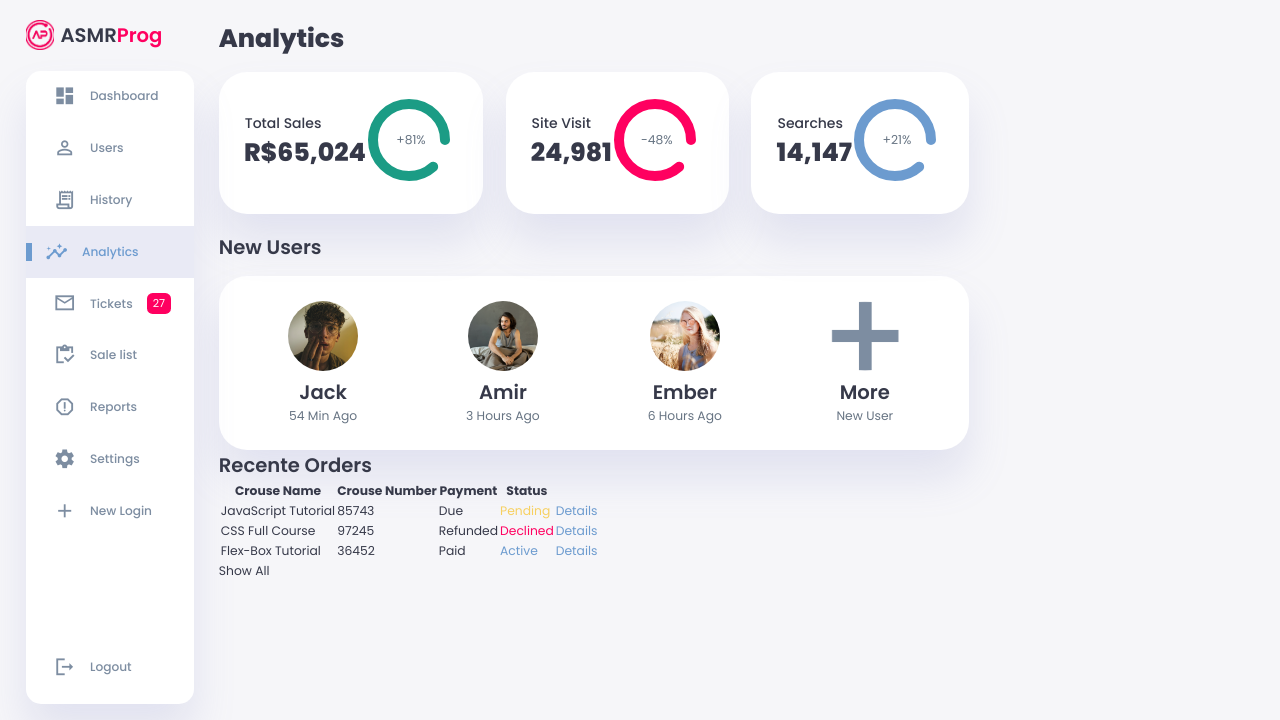
Repository: pheonix5/ProjetosRN-linux
Page: DashBoard/index.html
The author's editor kept a copy of each file at every save. The page is drawn from the files as they stood at one save, then again after the next save.
The browser window is 1280 px wide. The pictures show the whole page.

Above is the page before, as saved 2023-08-06 02:29:42.

### DashBoard/index.html
<!DOCTYPE html>
<html lang="pt-br">

<head>
  <meta charset="UTF-8">
  <meta name="viewport" content="width=device-width, initial-scale=1.0">
  <link href="https://fonts.googleapis.com/icon?family=Material+Icons+Sharp" rel="stylesheet">
  <link rel="stylesheet" href="style.css">
  <title>Responsive Dashboard Design #1</title>
</head>

<body>

  <div class="container">
    <!-- Siderbar Section -->
    <aside>
      <div class="toggle">
        <div class="logo">
          <img src="images/logo.png">
          <h2>ASMR<span class="danger">Prog</span></h2>
        </div>
        <div class="close" id="close-btn">
          <span class="material-icons-sharp">
            close
          </span>
        </div>
      </div>

      <div class="sidebar">
        <a href="#">
          <span class="material-icons-sharp">
            dashboard
          </span>
          <h3>Dashboard</h3>
        </a>
        <a href="#">
          <span class="material-icons-sharp">
            person_outline
          </span>
          <h3>Users</h3>
        </a>
        <a href="#">
          <span class="material-icons-sharp">
            receipt_long
          </span>
          <h3>History</h3>
        </a>
        <a href="#" class="active">
          <span class="material-icons-sharp">
            insights
          </span>
          <h3>Analytics</h3>
        </a>
        <a href="#">
          <span class="material-icons-sharp">
            mail_outline
          </span>
          <h3>Tickets</h3>
          <span class="message_count">27</span>
        </a>
        <a href="#">
          <span class="material-icons-sharp">
            inventory
          </span>
          <h3>Sale list</h3>
        </a>
        <a href="#">
          <span class="material-icons-sharp">
            report_gmailerrorred
          </span>
          <h3>Reports</h3>
        </a>
        <a href="#">
          <span class="material-icons-sharp">
            settings
          </span>
          <h3>Settings</h3>
        </a>
        <a href="#">
          <span class="material-icons-sharp">
            add
          </span>
          <h3>New Login</h3>
        </a>
        <a href="#">
          <span class="material-icons-sharp">
            logout
          </span>
          <h3>Logout</h3>
        </a>
      </div>
    </aside>
    <!-- Fim da Seção do Sidebar-->

    <!-- Main Content-->
    <main>
      <h1>Analytics</h1>
      <!-- Analyses -->
      <div class="analyse">
        <div class="sales">
          <div class="status">
            <div class="info">
              <h3>Total Sales</h3>
              <h1>R$65,024</h1>
            </div>
            <div class="progresss">
              <svg>
                <circle cx="38" cy="38" r="36"></circle>
              </svg>
              <div class="percentage">
                <p>+81%</p>
              </div>
            </div>
          </div>
        </div>

        <div class="visits">
          <div class="status">
            <div class="info">
              <h3>Site Visit</h3>
              <h1>24,981</h1>
            </div>
            <div class="progresss">
              <svg>
                <circle cx="38" cy="38" r="36"></circle>
              </svg>
              <div class="percentage">
                <p>-48%</p>
              </div>
            </div>
          </div>
        </div>

        <div class="searches">
          <div class="status">
            <div class="info">
              <h3>Searches</h3>
              <h1>14,147</h1>
            </div>
            <div class="progresss">
              <svg>
                <circle cx="38" cy="38" r="36"></circle>
              </svg>
              <div class="percentage">
                <p>+21%</p>
              </div>
            </div>
          </div>
        </div>
      </div>
      <!-- End Of Analyses -->

      <!--  New Users Section -->
      <div class="new-users">
        <h2>New Users</h2>
        <div class="user-list">
          <div class="user">
            <img src="images/profile-2.jpg">
            <h2>Jack</h2>
            <p>54 Min Ago</p>
          </div>
          <div class="user">
            <img src="images/profile-3.jpg">
            <h2>Amir</h2>
            <p>3 Hours Ago</p>
          </div>
          <div class="user">
            <img src="images/profile-4.jpg">
            <h2>Ember</h2>
            <p>6 Hours Ago</p>
          </div>
          <div class="user">
            <img src="images/plus.png">
            <h2>More</h2>
            <p>New User</p>
          </div>
        </div>
      </div>
      <!-- End of New Users Section -->


      <!-- Recente Orders Table -->
      <div class="recent-orders">
        <h2>Recente Orders</h2>
        <table>
          <thead>
            <tr>
              <th>Crouse Name</th>
              <th>Crouse Number</th>
              <th>Payment</th>
              <th>Status</th>
              <th></th>
            </tr>
          </thead>
          <tbody>

          </tbody>
        </table>
        <a href="#">Show All</a>
      </div>
      <!-- End of Recent Orders -->

    </main>


  </div>

  <script src="orders.js"></script>
  <script src="index.js"></script>
</body>

</html>

### DashBoard/style.css
@import url('https://fonts.googleapis.com/css2?family=Barlow:ital,wght@0,100;0,200;0,300;0,400;0,500;0,600;0,700;0,800;0,900;1,100;1,200;1,300;1,400;1,500;1,600;1,700;1,800;1,900&family=Poppins:wght@300;400;500;600;700;800&display=swap');

:root{
  --color-primary: #6C9BCF;
    --color-danger: #FF0060;
    --color-success: #1B9C85;
    --color-warning: #F7D060;
    --color-white: #fff;
    --color-info-dark: #7d8da1;
    --color-dark: #363949;
    --color-light: rgba(132, 139, 200, 0.18);
    --color-dark-variant: #677483;
    --color-background: #f6f6f9;

    --card-border-radius: 2rem;
    --border-radius-1: 0.4rem;
    --border-radius-2: 1.2rem;

    --card-padding: 1.8rem;
    --padding-1: 1.2rem;

    --box-shadow: 0 2rem 3rem var(--color-light);
}

.dark-mode-variables{
  --color-background: #181a1e;
    --color-white: #202528;
    --color-dark: #edeffd;
    --color-dark-variant: #a3bdcc;
    --color-light: rgba(0, 0, 0, 0.4);
    --box-shadow: 0 2rem 3rem var(--color-light);
}

*{
  margin: 0;
  padding: 0;
  outline: 0;
  appearance: 0;
  border: 0;
  text-decoration: none;
  box-sizing: border-box;
}

html{
  font-size: 14px;
}

body{
  width: 100vw;
  height: 100vh;
  font-family: 'Poppins', sans-serif;
  font-size: 0.88rem;
  user-select: none;
  overflow-x: hidden;
  color: var(--color-dark);
  background-color: var(--color-background);
}

a{
  color: var(--color-dark);
}

img{
  display: block;
  width: 100%;
  object-fit: cover;
}

h1{
  font-weight: 800;
  font-size: 1.8rem;
}

h2{
  font-weight: 600;
  font-size: 1.4rem;
}

h3{
  font-weight: 500;
  font-size: 0.87rem;
}

small{
  font-size: 0.76rem;
}

p{
  color: var(--color-dark-variant);
}

b{
  color: var(--color-dark);
}

.text-muted{
  color: var(--color-info-dark);
}

.primary{
  color: var(--color-primary);
}

.danger{
  color: var(--color-danger);
}

.sucess{
  color: var(--color-success);
}

.warning{
  color: var(--color-warning);
}

.container{
  display: grid;
  width: 96%;
  margin: 0 auto;
  gap: 1.8rem;
  grid-template-columns: 12rem auto 23rem;
}

aside{
  height: 100vh;
}

aside .toggle{
  display: flex;
  align-items: center;
  justify-content: space-between;
  margin-top: 1.4rem;
}

aside .toggle .logo{
  display: flex;
  gap: 0.5rem;
}

aside .toggle .logo img{
  width: 2rem;
  width: 2rem;
}

aside .toggle .close{
  padding-right: 1rem;
  display: none;
}

aside .sidebar{
  display: flex;
  flex-direction: column;
  background-color: var(--color-white);
  box-shadow: var(--box-shadow);
  border-radius: 15px;
  height: 88vh;
  position: relative;
  top: 1.5rem;
  transition: all 0.3s ease;
}

aside .sidebar:hover{
  box-shadow: none;
}

aside .sidebar a{
  display: flex;
  align-items: center;
  color:  var(--color-info-dark);
  height: 3.7rem;
  gap: 1rem;
  position: relative;
  margin-left: 2rem;
  transition: all 0.3s ease;
}

aside .sidebar a span{
  font-size: 1.6rem;
  transition: all 0.3s ease;
}

aside .sidebar a:last-child{
  position: absolute;
  bottom: 0.8rem;
  width: 100%;
}

aside .sidebar a.active{
  width: 100%;
  color: var(--color-primary);
  background-color: var(--color-light);
  margin-left: 0;
}

aside .sidebar a.active::before{
  content: '';
  width: 6px;
  height: 18px;
  background-color: var(--color-primary);
}

aside .sidebar a.active span{
  color: var(--color-primary);
  margin-left: calc(1rem -3px);
}

aside .sidebar a:hover{
  color: var(--color-primary);
}

aside .sidebar a:hover span{
  margin-left: 0.6rem;
}

aside .sidebar .message_count{
  background-color: var(--color-danger);
  padding: 2px 6px;
  color: var(--color-white);
  font-size: 11px;
  border-radius: var(--border-radius-1);
}

main{
  margin-top: 1.4rem;
}

main .analyse{
  display: grid;
  grid-template-columns: repeat(3, 1fr);
  gap: 1.6rem;
}

main .analyse > div{
  background-color: var(--color-white);
  padding: var(--card-padding);
  border-radius: var(--card-border-radius);
  margin-top: 1rem;
  box-shadow: var(--box-shadow);
  cursor: pointer;
  transition: all 0.3s ease;
}

main .analyse > div:hover{
  box-shadow: none;
}

main .analyse > div .status{
  display: flex;
  align-items: center;
  justify-content: space-between;
}


main .analyse h3{
  margin-left: .06rem;
  font-size: 1rem;
}

main .analyse .progresss{
  position: relative;
  width: 92px;
  height: 92px;
  border-radius: 50%;
}

main .analyse svg{
  width: 7rem;
  height: 7rem;
}

main .analyse svg circle{
  fill: none;
  stroke-width: 10;
  stroke-linecap: round;
  transform: translate(5px, 5px);
}

main .analyse .sales svg circle{
  stroke: var(--color-success);
  stroke-dashoffset: -30;
  stroke-dasharray: 200;
}

main .analyse .visits svg circle{
  stroke: var(--color-danger);
  stroke-dashoffset: -30;
  stroke-dasharray: 200;
}

main .analyse .searches svg circle{
  stroke: var(--color-primary);
  stroke-dashoffset: -30;
  stroke-dasharray: 200;
}

main .analyse .progresss .percentage{
  position: absolute;
  top: -3px;
  left: -1px;
  display: flex;
  align-items: center;
  justify-content: center;
  height: 100%;
  width: 100%;
}

main .new-users{
  margin-top: 1.3rem;
}

main .new-users .user-list{
  background-color: var(--color-white);
  padding: var(--card-padding);
  border-radius: var(--card-border-radius);
  margin-top: 1rem;
  box-shadow: var(--box-shadow);
  display: flex;
  justify-content: space-around;
  flex-wrap: wrap;
  gap: 1.4rem;
  transition: all 0.3s ease;
}

main .new-users .user-list:hover{
  box-shadow: none;
}

main .new-users .user-list .user{
  display: flex;
  flex-direction: column;
  align-items: center;
  justify-content: center;
}

main .new-users .user-list .user img{
  width: 5rem;
  height: 5rem;
  margin-bottom: 0.4rem;
  border-radius: 50%;
}

### DashBoard/orders.js
const Orders = [
  {
    productName: 'JavaScript Tutorial',
    productNumber: '85743',
    paymentStatus: 'Due',
    status: 'Pending'
  },
  {
    productName: 'CSS Full Course',
    productNumber: '97245',
    paymentStatus: 'Refunded',
    status: 'Declined'
  },
  {
    productName: 'Flex-Box Tutorial',
    productNumber: '36452',
    paymentStatus: 'Paid',
    status: 'Active'
  },
]

### DashBoard/index.js
Orders.forEach(order => {
  const tr = document.createElement('tr');
  const trContent = `
    <td>${order.productName}</td>
    <td>${order.productNumber}</td>
    <td>${order.paymentStatus}</td>
    <td class="${order.status === 'Declined' ? 'danger' : order.status === 'Pending' ? 'warning' : 'primary'}">${order.status}</td>
    <td class="primary">Details</td>
  ` ;
  tr.innerHTML = trContent;
  document.querySelector('table tbody').appendChild(tr)
})

After the next save:
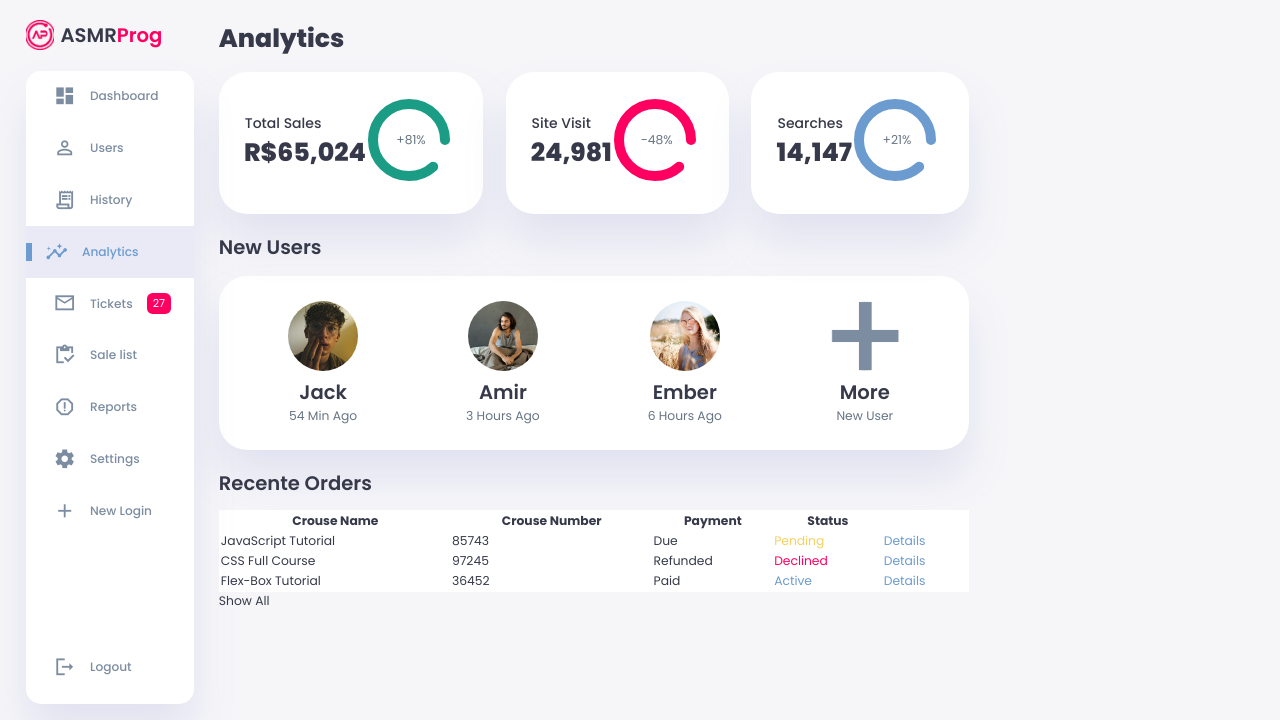
Saved 87 s later.
--- a/DashBoard/style.css
+++ b/DashBoard/style.css
@@ -338,3 +338,16 @@ main .new-users .user-list .user img{
   margin-bottom: 0.4rem;
   border-radius: 50%;
 }
+
+main .recent-orders{
+  margin-top: 1.3rem;
+}
+
+main .recent-orders h2{
+  margin-bottom: 0.8rem;
+}
+
+main .recent-orders table{
+  background-color: var(--color-white);
+  width: 100%;
+}
